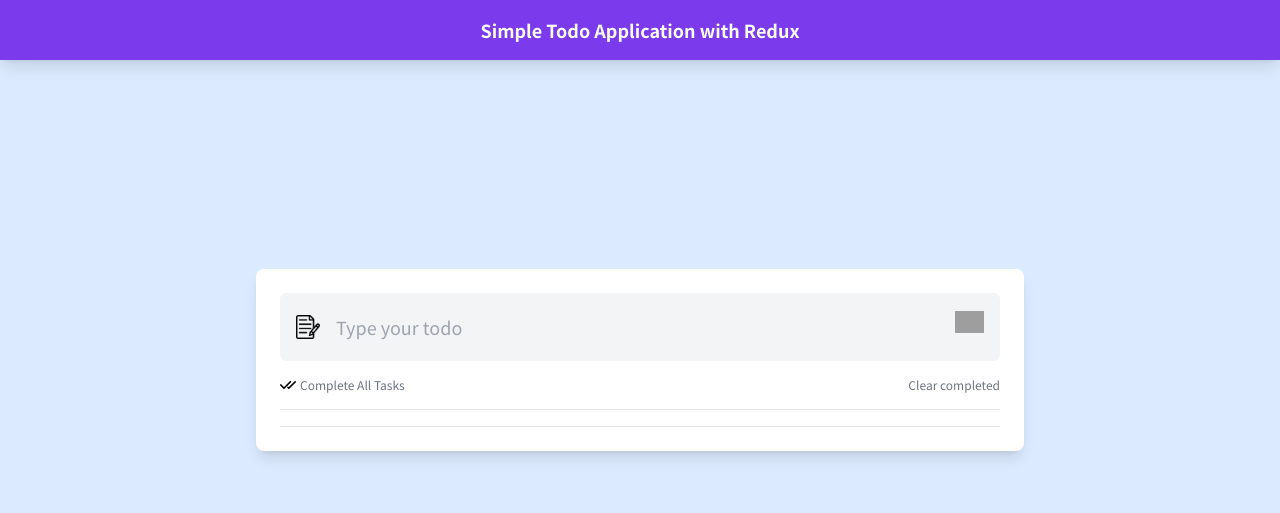
Repository: Wahid137/todo-redux
Page: /
The author's editor kept a copy of each file at every save. The page is drawn from the files as they stood at one save, then again after the next save.
The browser window is 1280 px wide. The pictures show the whole page.
Pictures or frames that could not be fetched are drawn as grey boxes. Some web libraries are served in a nearby version. The project was rebuilt for these pictures with package versions that can differ from the ones it lists, and the page was loaded fresh each time. Also part of the build but not shown: vite.config.js, src/index.css.

Above is the page before, as saved 2023-11-12 19:56:43.

### index.html
<!doctype html>
<html lang="en">
  <head>
    <meta charset="UTF-8" />
    <link rel="icon" type="image/svg+xml" href="/vite.svg" />
    <meta name="viewport" content="width=device-width, initial-scale=1.0" />
    <title>Todo Application</title>
    <script src="https://cdn.tailwindcss.com"></script>
    <link rel="preconnect" href="https://fonts.googleapis.com" />
    <link rel="preconnect" href="https://fonts.gstatic.com" crossorigin />
    <link
        href="https://fonts.googleapis.com/css2?family=Noto+Sans+HK:wght@100;300;400;500;700;900&display=swap"
        rel="stylesheet"
    />

    <script>
        tailwind.config = {
            theme: {
                fontFamily: {
                    sans: ["Noto Sans HK", "sans-serif"],
                },
            },
        };
    </script>
  </head>
  <body>
    <div id="root"></div>
    <script type="module" src="/src/main.jsx"></script>
  </body>
</html>

### src/App.jsx
import Header from "./components/Header";
import Navbar from "./components/Navbar";

function App() {
  return (
    <>
      <div className="grid place-items-center bg-blue-100 h-screen px-6 font-sans">
        <Navbar />

        <div className="w-full max-w-3xl shadow-lg rounded-lg p-6 bg-white">
          <Header />

          <hr className="mt-4" />

          <hr className="mt-4" />
        </div>
      </div>
    </>
  );
}

export default App;

### src/components/Header.jsx
import tickImage from "../assets/images/double-tick.png";
import noteImage from "../assets/images/notes.png";
import plusImage from "../assets/images/plus.png";

export default function Header() {
  return (
    <div>
      <form className="flex items-center bg-gray-100 px-4 py-4 rounded-md">
        <img src={noteImage} className="w-6 h-6" alt="Add todo" />
        <input
          type="text"
          placeholder="Type your todo"
          className="w-full text-lg px-4 py-1 border-none outline-none bg-gray-100 text-gray-500"
        />
        <button
          type="submit"
          className={`appearance-none w-8 h-8 bg-[url('${plusImage}')] bg-no-repeat bg-contain`}
        ></button>
      </form>

      <ul className="flex justify-between my-4 text-xs text-gray-500">
        <li className="flex space-x-1 cursor-pointer">
          <img className="w-4 h-4" src={tickImage} alt="Complete" />
          <span>Complete All Tasks</span>
        </li>
        <li className="cursor-pointer">Clear completed</li>
      </ul>
    </div>
  );
}

### src/components/Navbar.jsx
function Navbar() {
  return (
    <div className="fixed top-0 left-0 text-center w-full header bg-violet-600 py-4 text-white font-bold text-lg shadow-lg">
      Simple Todo Application with Redux
    </div>
  );
}

export default Navbar;

### src/components/Footer.jsx
function Footer() {
  return (
    <div className="mt-4 flex justify-between text-xs text-gray-500">
      <p>2 tasks left</p>
      <ul className="flex space-x-1 items-center text-xs">
        <li className="cursor-pointer font-bold">All</li>
        <li>|</li>
        <li className="cursor-pointer">Incomplete</li>
        <li>|</li>
        <li className="cursor-pointer">Complete</li>
        <li></li>
        <li></li>
        <li className="h-3 w-3 border-2 border-green-500 md:hover:bg-green-500 rounded-full cursor-pointer bg-green-500"></li>
        <li className="h-3 w-3 border-2 border-red-500 md:hover:bg-red-500 rounded-full cursor-pointer"></li>
        <li className="h-3 w-3 border-2 border-yellow-500 md:hover:bg-yellow-500 rounded-full cursor-pointer"></li>
      </ul>
    </div>
  );
}

export default Footer;

Loaded but not shown: src/main.jsx (common file)

After the next save:
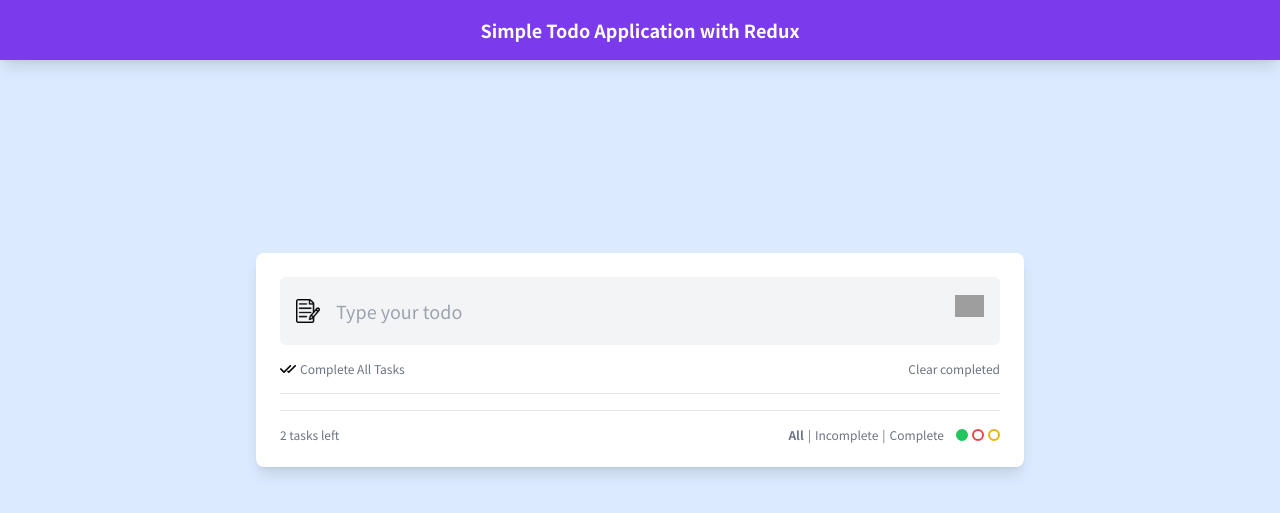
Saved 14 s later.
--- a/src/App.jsx
+++ b/src/App.jsx
@@ -1,3 +1,4 @@
+import Footer from "./components/Footer";
 import Header from "./components/Header";
 import Navbar from "./components/Navbar";
 
@@ -13,6 +14,8 @@
           <hr className="mt-4" />
 
           <hr className="mt-4" />
+
+          <Footer />
         </div>
       </div>
     </>
